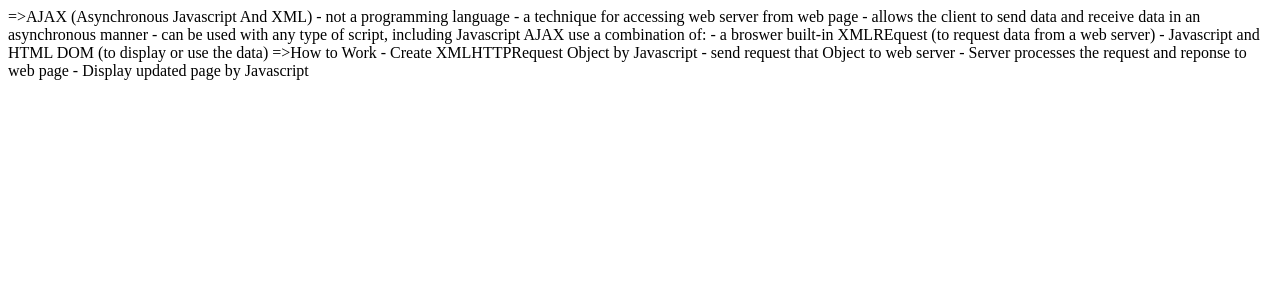
Repository: hsumyatm7308/AJAX-JS
Page: ajaxintro.html
These files come from the project's save history. The page is drawn as it stood at one moment and after a run of saves; the edit follows.
The browser window is 1280 px wide. The pictures show the whole page.
After loading, the first visible `#ajax-text` was clicked once.

Above is the page before, as saved 2023-08-06 17:38:03.

### ajaxintro.html
<!DOCTYPE html>
<html>
    <head>
        <title>AJAX</title>
    </head>
    <body>
        <div id="ctn">
            <h1>loading...</h1>
            <button id="ajax-text" class="">Change text</button>
        </div>

        <script type="text/javascript">
            var ctn = document.getElementById('ctn');
            var ajaxtext = document.getElementById('ajax-text');

            ajaxtext.addEventListener('click',function(){
                const newobj = new XMLHttpRequest();
                console.log(newobj);
                newobj.onload = function(){
                    ctn.innerHTML = this.responseText;                }
                newobj.open('GET', 'ajaxintro.txt');
                newobj.send();
            })

        </script>
    </body>
</html>

After the next 2 saves:
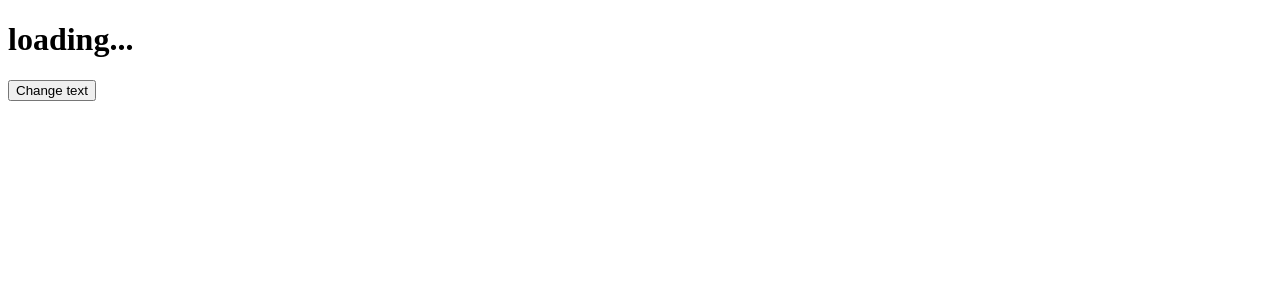
Console error: ReferenceError: newobj is not defined
The 2 saves are shown as one change because they came seconds apart.
The last was saved 13 s later.
--- a/ajaxintro.html
+++ b/ajaxintro.html
@@ -1,27 +1,33 @@
 <!DOCTYPE html>
 <html>
-    <head>
-        <title>AJAX</title>
-    </head>
-    <body>
-        <div id="ctn">
-            <h1>loading...</h1>
-            <button id="ajax-text" class="">Change text</button>
-        </div>
 
-        <script type="text/javascript">
-            var ctn = document.getElementById('ctn');
-            var ajaxtext = document.getElementById('ajax-text');
+<head>
+    <title>AJAX</title>
+</head>
 
-            ajaxtext.addEventListener('click',function(){
-                const newobj = new XMLHttpRequest();
-                console.log(newobj);
-                newobj.onload = function(){
-                    ctn.innerHTML = this.responseText;                }
-                newobj.open('GET', 'ajaxintro.txt');
-                newobj.send();
-            })
+<body>
+    <div id="ctn">
+        <h1>loading...</h1>
+        <button id="ajax-text" class="">Change text</button>
+    </div>
 
-        </script>
-    </body>
+    <script type="text/javascript">
+        var ctn = document.getElementById('ctn');
+        var ajaxtext = document.getElementById('ajax-text');
+
+        ajaxtext.addEventListener('click', function () {
+            const newobj = new XMLHttpRequest();
+            console.log(newobj);
+            newobj.onload = function () {
+                ctn.innerHTML = this.responseText;
+            }
+
+        })
+
+        newobj.open('GET', 'ajaxintro.txt');
+        newobj.send();
+
+    </script>
+</body>
+
 </html>

After the 2 saves that followed:
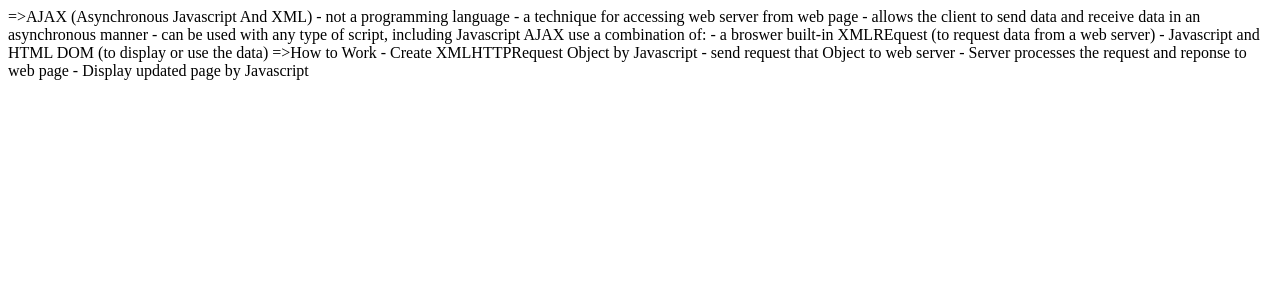
The error is gone.
The 2 saves are shown as one change because 1 left the picture as it was.
The last was saved 44 s later.
--- a/ajaxintro.html
+++ b/ajaxintro.html
@@ -1,10 +1,8 @@
 <!DOCTYPE html>
 <html>
-
 <head>
     <title>AJAX</title>
 </head>
-
 <body>
     <div id="ctn">
         <h1>loading...</h1>
@@ -15,19 +13,14 @@
         var ctn = document.getElementById('ctn');
         var ajaxtext = document.getElementById('ajax-text');
 
-        ajaxtext.addEventListener('click', function () {
+        ajaxtext.addEventListener('click', function() {
             const newobj = new XMLHttpRequest();
-            console.log(newobj);
-            newobj.onload = function () {
-                ctn.innerHTML = this.responseText;
-            }
-
-        })
-
-        newobj.open('GET', 'ajaxintro.txt');
-        newobj.send();
-
+            newobj.onload = function() {
+                ctn.innerHTML = this.responseText; // Corrected typo here
+            };
+            newobj.open('GET', 'ajaxintro.txt');
+            newobj.send();
+        });
     </script>
 </body>
-
 </html>
